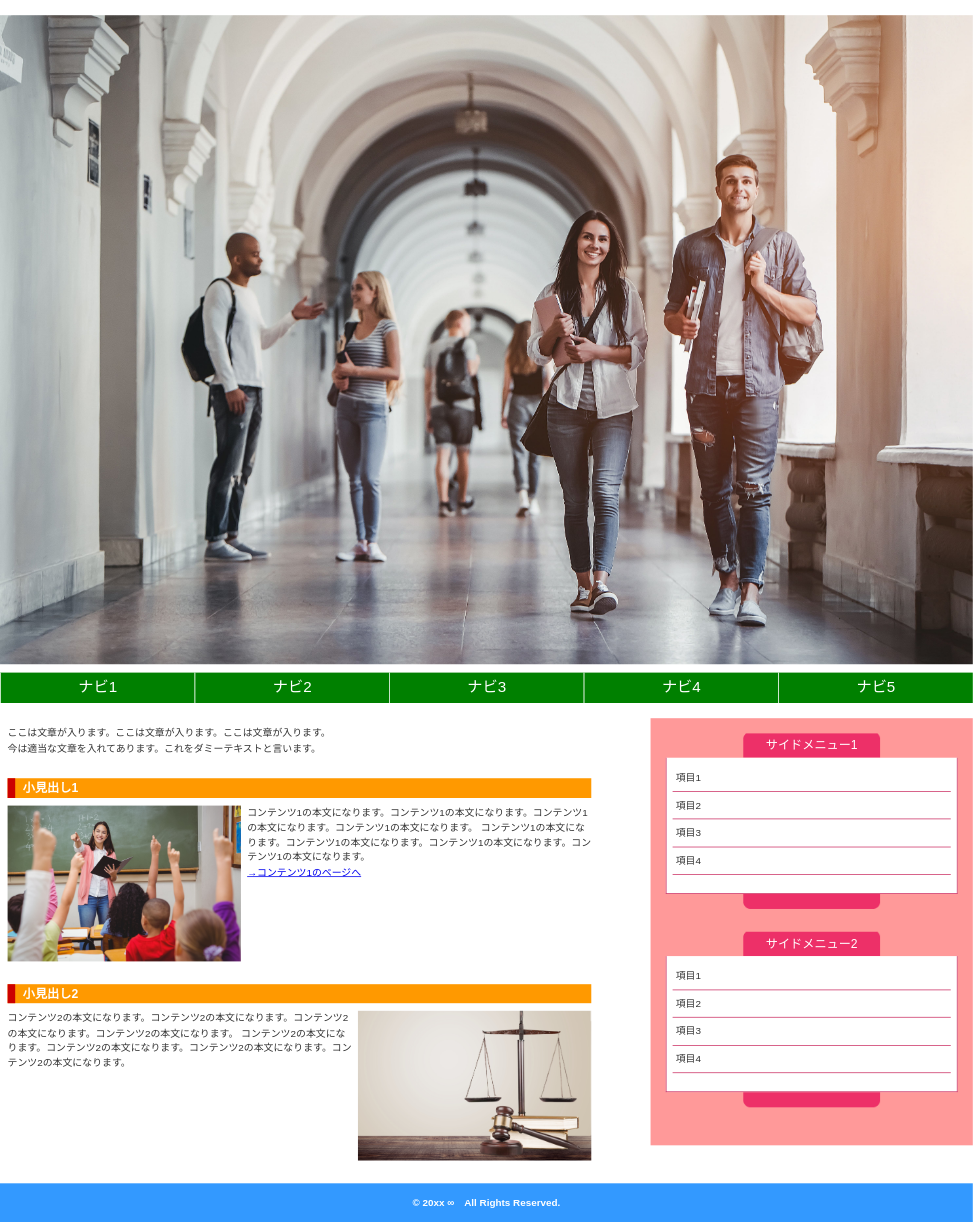
Repository: makamaka2021/samurai_HTML-CSS
Page: home.html
The author's editor kept a record of every edit. The page is drawn from the files as they stood at one moment, then again after the next edit.
The browser window is 1280 px wide. The pictures show the whole page, at 76% of full size.

Above is the page before.

### home.html
<!DOCTYPE html>
<html lang="ja">
<head>
    <meta charset="UTF-8">
    <title>HTML/CSSの学習</title>
　　<link rel="stylesheet" href="stylesheet.css">
</head>
<body>
    <div id="header">
        <h1><a href="index.html"><img id="corridor" src="images/corridor.jpg" alt="大学の廊下" /></a></h1>
    </div>
    <div id="wrapper">
        <div id="nav">
            <ul>
                <li><a href="home.html">ナビ1</a></li>
                <li><a href="#">ナビ2</a></li>
                <li><a href="#">ナビ3</a></li>
                <li><a href="#">ナビ4</a></li>
                <li><a href="#">ナビ5</a></li>
            </ul>
        </div>
        <div id="container">
            <div id="main">
                <div class="post">
                    <p>ここは文章が入ります。ここは文章が入ります。ここは文章が入ります。<br />今は適当な文章を入れてあります。これをダミーテキストと言います。</p>
                </div>
                <div class="post clearfix">
                    <h2>小見出し1</h2>
                    <img class="left" src="images/classroom.jpg" alt="授業風景" />
                    <p>
                    コンテンツ1の本文になります。コンテンツ1の本文になります。コンテンツ1の本文になります。コンテンツ1の本文になります。
                    コンテンツ1の本文になります。コンテンツ1の本文になります。コンテンツ1の本文になります。コンテンツ1の本文になります。
                    </p>
                    <p><a href="#">→コンテンツ1のページへ</a></p>
                </div>
                <div class="post clearfix">
                    <h2>小見出し2</h2>
                    <img class="right" src="images/scale.jpg" alt="天秤" />
                    <p>
                        コンテンツ2の本文になります。コンテンツ2の本文になります。コンテンツ2の本文になります。コンテンツ2の本文になります。
                        コンテンツ2の本文になります。コンテンツ2の本文になります。コンテンツ2の本文になります。コンテンツ2の本文になります。
                    </p>
                </div>
            </div>
            <div id="side">
                <div class="box">
                    <h2>サイドメニュー1</h2>
                    <div class="boxBody">
                        <ul>
                            <li>項目1</li>
                            <li>項目2</li>
                            <li>項目3</li>
                            <li>項目4</li>
                        </ul>
                    </div>
                </div>
                <div class="box">
                    <h2>サイドメニュー2</h2>
                    <div class="boxBody">
                        <ul>
                            <li>項目1</li>
                            <li>項目2</li>
                            <li>項目3</li>
                            <li>項目4</li>
                        </ul>
                    </div>
                </div>
            </div>
        </div>

    </div>
    <div id="footer">
        <p>&copy; 20xx ∞　All Rights Reserved.</p>
    </div>
</body>
</html>

### stylesheet.css
@charset "utf-8";

body {
	margin: 0;
	padding: 0;
	font-family: "ヒラギノ角ゴ Pro W3", "Hiragino Kaku Gothic Pro", "メイリオ", Meiryo, Osaka, "ＭＳ Ｐゴシック", "MS PGothic", sans-serif;
	color: #333;
	font-size: 13px;
	line-height: 150%;
}

/* -------------------- wrapper -------------------- */
#wrapper {
	width: 100%;
	margin: auto;
	padding: 0px;
	border: 0px;
	background-color: #FFF;
	top:10px;
	position: relative;
}

/* -------------------- header -------------------- */
#header{
  width:100%;
}

#header h1{
  margin:0;
  padding: 0;
}

#corridor{
  width: 100%;
  height:auto;
}

#footer{
  clear: both;
  width: 100%;
  padding: 3px 0 3px 0;
  background: #39F;
  color: #FFF;
  font-weight: bold;
  text-align: center;
}

#nav{
  width:100%;
}

#nav ul{
  margin:0;
  padding:0;
  list-style-type: none;
}

#nav ul li {
  float:left;
  width:20%;
  text-align: center;
}

#nav ul li a{
  display: block;
  height:20px;
  margin:0;
  padding: 10px;
  color:#FFF;
  font-size: 20px;
  text-decoration: none;
  background-color: green;
  border-left: 1px solid white;
}

#nav ul li a:hover{
  filter: drop-shadow(10px 10px 10px black);
}
/* -------------------- container -------------------- */
#container{
  width:100%;
  margin:auto;
  padding-top:20px;
  clear:both;
}
/* -------------------- main -------------------- */
#main{
  float: left;
  width: 60%;
  padding:10px 30px 10px 10px;
}

#main h2{
  margin:0 0 10px 0;
  padding:3px 10px 3px 10px;
  color:#FFF;
  font-size: 16px;
  border-left: solid 10px #C00;
  background-color: #F90;
}

#main p{
  margin:0;
  padding:0;
}

#main .post{
  margin: 0 0 30px 0;
}

#main .post img.right{
  margin:0 0 0 8px;
}

#main .post img.left{
  margin:0 8px 0 0;
}

.right{
  float: right;
  width: 40%;
  height: auto;
}

.left{
  float:left;
  width: 40%;
  height: auto;
}

/* -------------------- clearfix -------------------- */
.clearfix{
   zoom: 1;
}

.clearfix:after{
  content:"";
  display: block;
  clear:both;
}

/* -------------------- side -------------------- */
#side {
  float: right;
  width:30%;
  padding:20px;
  background-color: #F99;
}

#side .box{
  margin: 0 auto 30px auto;
  padding: 0 0 20px 0;
  background: url(images/side_box.png) bottom no-repeat;
}

#side .box h2{
  margin: 0;
  padding: 8px;
  text-align: center;
  color: #fff;
  font-size: 16px;
  line-height: 16px;
  font-weight: normal;
  background: url(images/side_box_h2.png) center no-repeat;
}

#side .box .boxBody{
 padding: 8px;
 border-right: solid 1px #C36;
 border-bottom: solid 1px #C36;
 border-left: solid 1px #C36;
 background: #fff;
}

#side .box .boxBody ul{
  margin: 0 0 16px 0;
  padding: 0;
}

#side .box .boxBody ul li{
  padding:8px 0 8px 4px;
  list-style: none;
  border-bottom: solid 1px #C36;
}

#side .box .boxBody ul li:hover {
  padding:8px 0 8px 4px;
  list-style: none;
  border-bottom:solid 1px #C36;
  box-shadow:0px 4px 4px rgba(0, 0, 0, 0.2);
}

After the next edit:
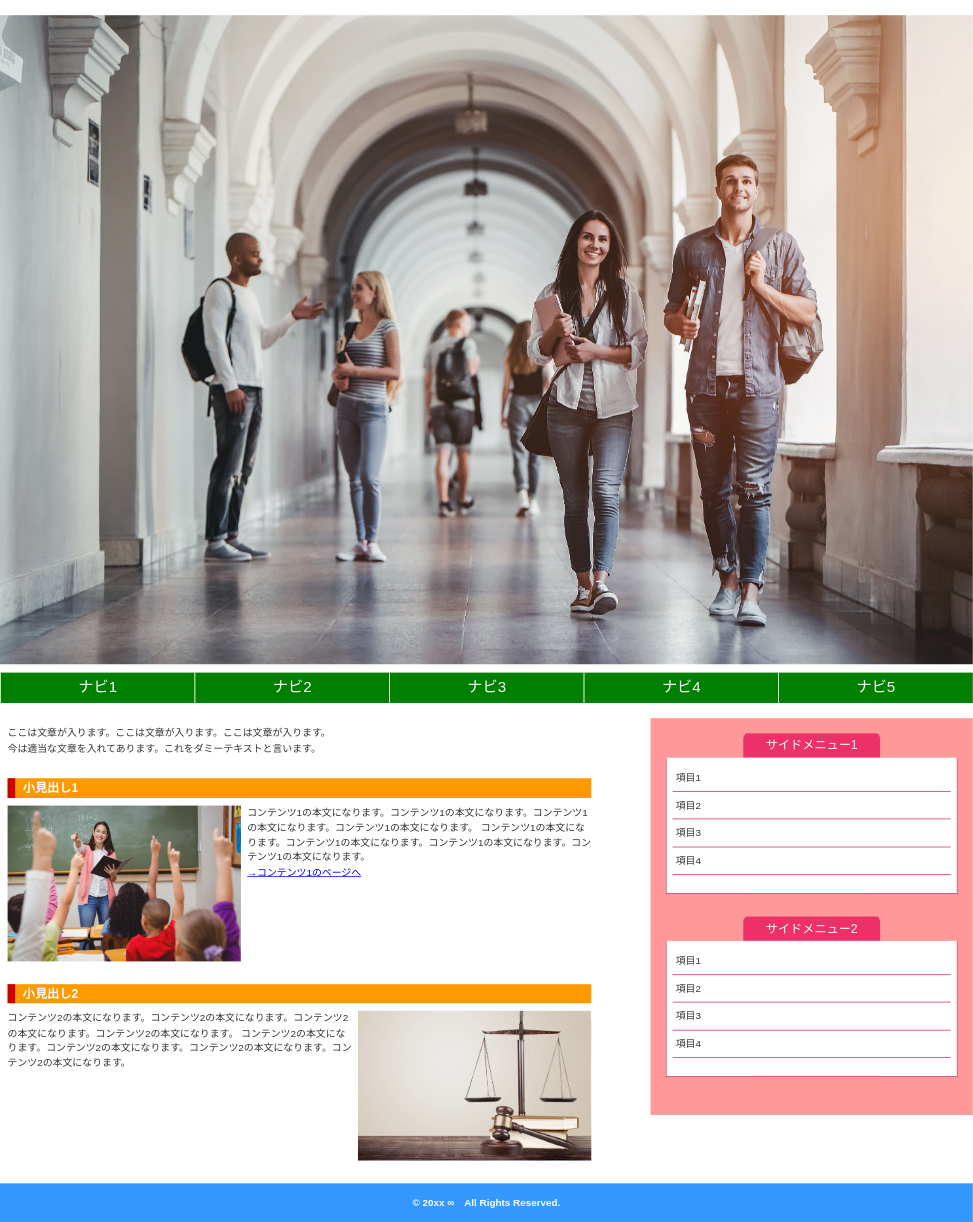
The edit:
--- a/stylesheet.css
+++ b/stylesheet.css
@@ -149,7 +149,7 @@
 
 #side .box{
   margin: 0 auto 30px auto;
-  padding: 0 0 20px 0;
+  padding: 0 0 0 0;
   background: url(images/side_box.png) bottom no-repeat;
 }
 
